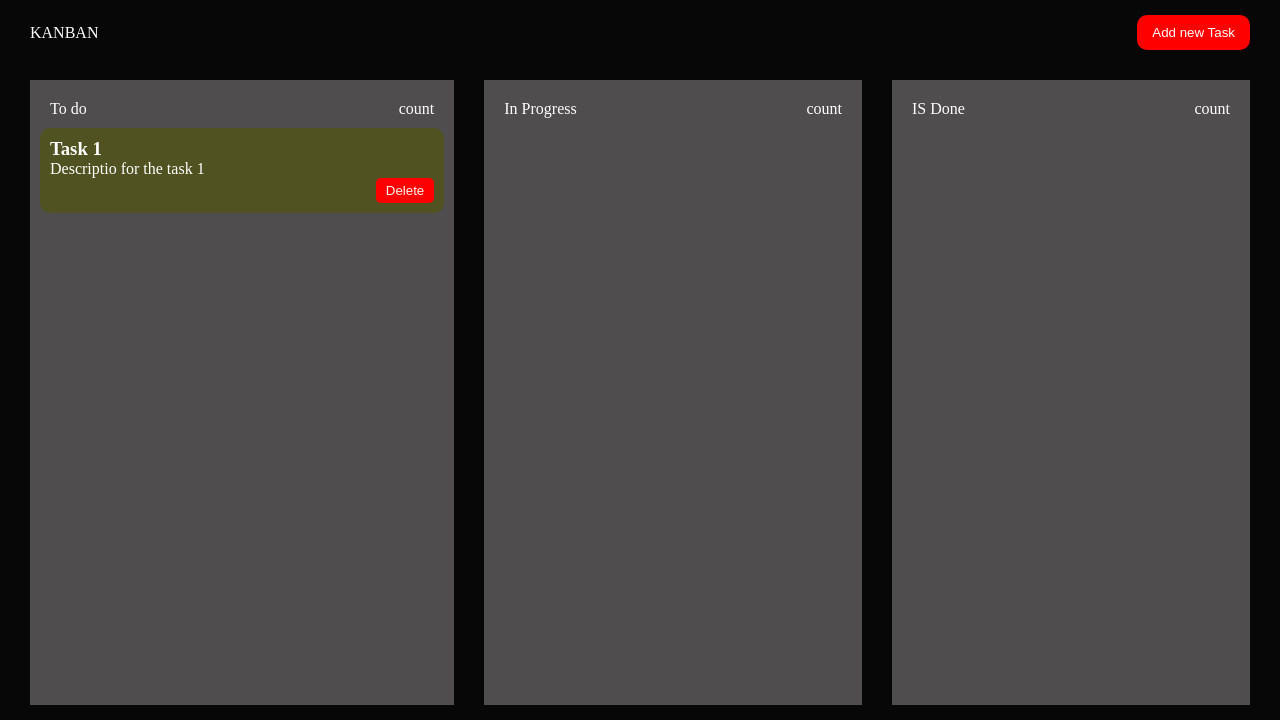
Repository: Sandeepji-5/Kanban-board
Page: index.html
These files come from the project's save history. The page is drawn as it stood at one moment and after the next save; the edit follows.
The browser window is 1280 px wide. The pictures show the whole page.

Above is the page before, as saved 2025-12-09 14:34:37.

### index.html
<!DOCTYPE html>
<html lang="en">
<head>
    <meta charset="UTF-8">
    <meta name="viewport" content="width=device-width, initial-scale=1.0">
    <title>Document</title>
    <link rel="stylesheet" href="style.css">
</head>
<body>
    <main>
        <nav>
            <div class="left">KANBAN</div>
            <div class="right"><button id="toggle-modal">Add new Task</button></div>
        </nav>
        <section class="board">
            <div   id="todo" class="task-column">
                <div class="heading">
                    <div class="left">To do </div>
                      <div class="right">count</div>
                </div>
                <div draggable="true" class="task">
                    <h3>Task 1</h3>
                    <p>Descriptio for the task 1 </p>
                    <button>Delete</button>
                </div>
            </div>
            <div id="progress" class="task-column">
                <div class="heading">
                    <div class="left">In Progress</div>
                    <div class="right">count</div>
                </div>

            </div>
            <div  id="done"   class="task-column">
                <div class="heading">
                    <div class="left">IS Done </div>
                    <div class="right"> count</div>
                </div>

            </div>
        </section>


    </main>

    <div class="modal add-new-task">
        <input type="text" placeholder="Task title"/>
        <textarea placeholder="Task Description"></textarea>
        <button id="add-new-task" class="add-task-btn"> Add Task</button>
    </div>
    <script src="kanban.js"></script>
</body>
</html>

### style.css
* {
    margin: 0;
    padding: 0;

    box-sizing: border-box;
}

html,
body {
    width: 100%;
    height: 100%;

}

:root {
    --bg-color: #0000000;
    --bg-button-color: rgb(79, 77, 77);
    --primary-text-color: #f4f4f4;
    --bg-task-color:gray;
    --bg-delete-color:red;



    /* padding 1 rem 2 rem */
    --nav-padding: 15px 30px;
    --section-padding: 15px 30px;
    --padding-s: 5px;
    --padding-m: 10px;
    --padding-l: 15px;
    --padding-xl: 20px;
    --padding-xxl: 30px;


    /* border radius variable  */



    --border-radius-s:5px;
    --border-radius-m:10px;
    --border-radius-l:15px;
    --border-radius-xl:20px;
    --border-radius-xxl:30px;


}

body {
    background-color: rgb(7, 7, 7);
    color: white;
}
main{
    display: flex;
    height: 100%;
    width: 100%;
    flex-direction: column;


}

nav{
    padding: var(--nav-padding);
    display: flex;
    align-items: center;
    justify-content: space-between;

}
nav button{
    background-color: red;
    color: white;
    border: none;
    outline: none;
    padding: var(  --padding-m) var(  --padding-l);
    cursor: pointer;
    border-radius:var(--border-radius-m) ;

}


section{
    padding:var(--section-padding);
    /* height: 100%; */
    display: flex;
    flex-grow: 1;
    justify-content: space-between;

    gap: var(--padding-xxl);

}
section .task-column{
    padding: var(--padding-m);
    background-color: var(--bg-button-color);
    flex-grow: 1  ;
    padding: var(--padding-m)  ;
    display: flex;
    flex-direction: column;
    transition: all 0.7s cubic-bezier(0.19, 1, 0.22, 1);




}
section .task-column.hover-over {
     border: 2px dashed rgb(247, 246, 246);
    transform: scale(1.05);
}
section .task-column .heading{
    display: flex;
    justify-content: space-between ;
    padding: var(--padding-m);
}


section .task-column  .task{

    display: flex;
    flex-direction: column;
    padding: var(--padding-m);
    border-radius: var(--border-radius-m);
    /* background-color: var(--bg-task-color); */
     background-color:rgba(80, 85, 20, 0.763);


}

section .task-column .task button{
    align-self: flex-end;
    cursor: pointer;
    padding: var(--padding-s) var(--padding-m);
    border-radius: var(--border-radius-s);
    border: none;
    outline: none;
    background-color: var(--bg-delete-color);
    color: var(--primary-text-color)  ;
}

.modal{
    display: none;
    position: fixed;
    top: 0;
    flex-direction: column;
    align-items: center;
    justify-content: center;
    width: 100%;
    height: 100%;
    gap:var(--space-lg);
    backdrop-filter: blur(4px);
    background-color: blueviolet;
}
.modal.active{
    display: flex;
}

### kanban.js
const todo = document.querySelector('#todo');
const progress = document.querySelector('#progress')
const done = document.querySelector('#done');
const tasks = document.querySelectorAll('.task');
let draggedElement = null;

tasks.forEach(task => {
    task.addEventListener("drag", () => {

        draggedElement = task;
    })
})

// progress.addEventListener('dragenter',(e)=>{
//     progress.classList.add('hover-over');
// })


// progress.addEventListener('dragleave', (e)=>{
//     progress.classList.remove('hover-over');
// })


function addDragEventsOnColumn(column) {

    column.addEventListener('dragenter', (e) => {
        e.preventDefault();
        column.classList.add('hover-over');
    });

    column.addEventListener('dragleave', (e) => {
        e.preventDefault();
        column.classList.remove('hover-over');
    })

    column.addEventListener("dragover", (e) => {
        e.preventDefault();
    })

    column.addEventListener('drop', (e) => {

        column.appendChild(draggedElement)
        console.log("draggedElement", draggedElement, column);
        column.classList.remove('hover-over')
         e.preventDefault();
    })

}

addDragEventsOnColumn(todo);
addDragEventsOnColumn(progress)
addDragEventsOnColumn(done)






const toggleModal = document.querySelector('#toggle-modal');
const modal = document.querySelector('.modal')
const addTaskbtn = document.querySelector('.add-task-btn')



toggleModal.addEventListener('click',()=>{
modal.classList.add('active');
})

addTaskbtn.addEventListener('click', ()=>{
    modal.classList.remove('active');
})

After the next save:
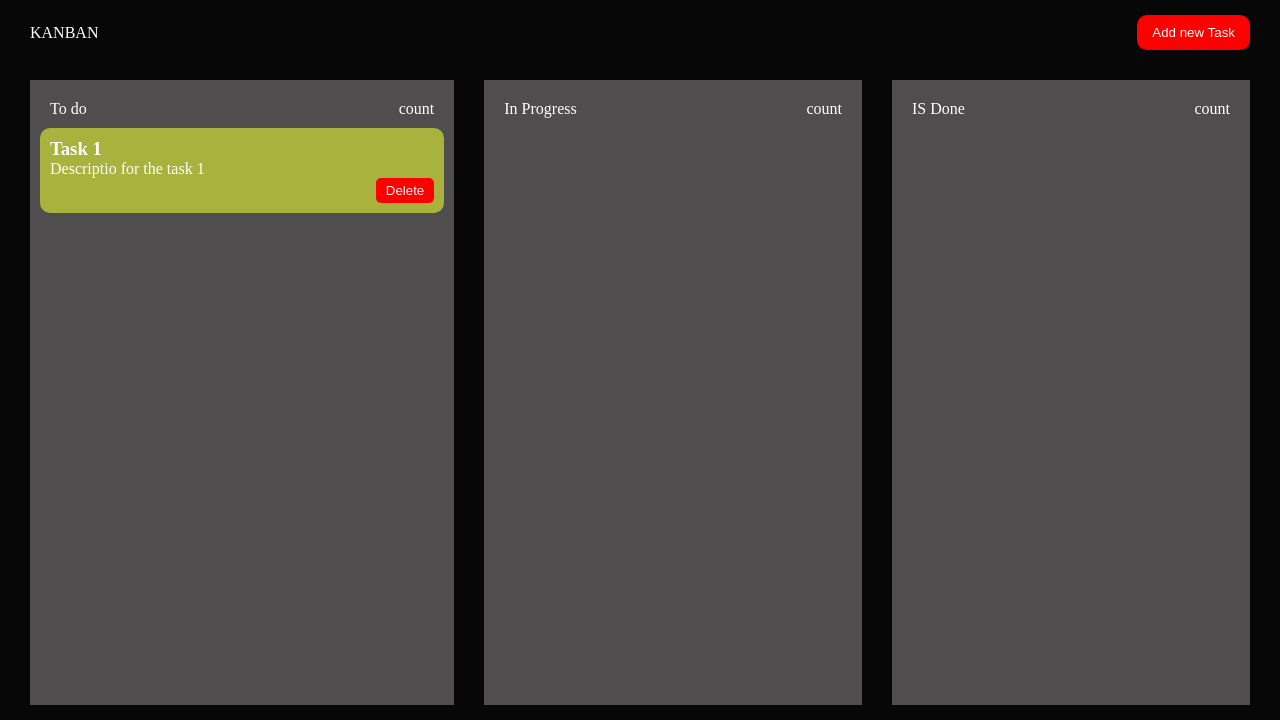
Saved 4 s later.
--- a/style.css
+++ b/style.css
@@ -117,7 +117,7 @@ section .task-column  .task{
     padding: var(--padding-m);
     border-radius: var(--border-radius-m);
     /* background-color: var(--bg-task-color); */
-     background-color:rgba(80, 85, 20, 0.763);
+     background-color:rgba(196, 209, 55, 0.763);
 
 
 }
